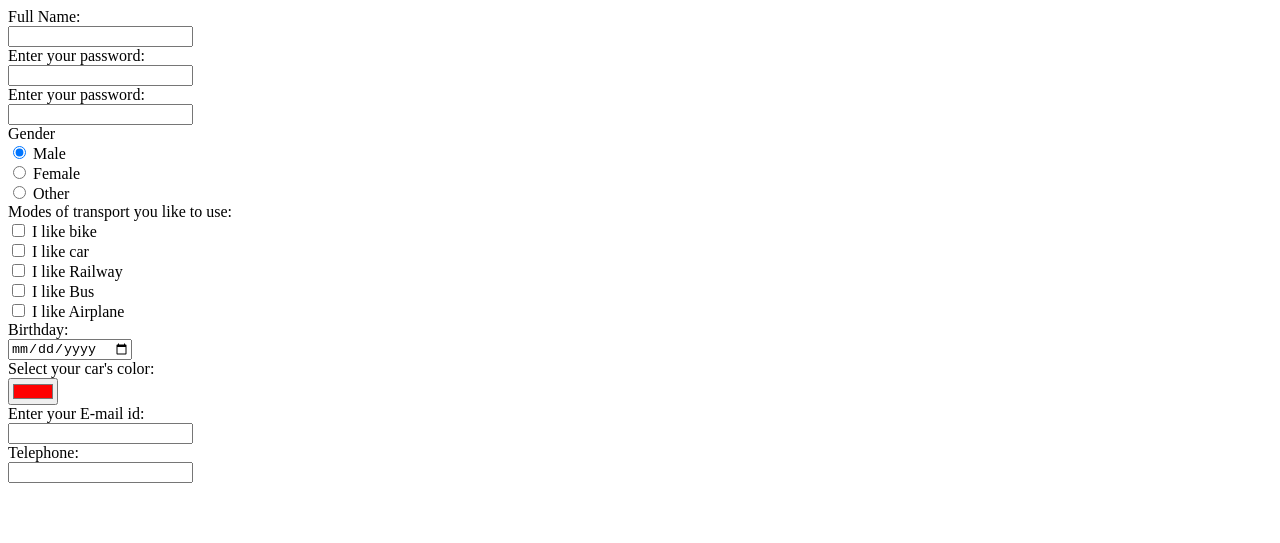
Repository: AdityaParashar93/Homework1_CMPE273
Page: CMPE273/Refresher_JS/WebContent/InputTypes.html
The author's editor kept a copy of each file at every save. The page is drawn from the files as they stood at one save, then again after the next save.
The browser window is 1280 px wide. The pictures show the whole page.

Above is the page before, as saved 2016-09-16 05:48:20.

### CMPE273/Refresher_JS/WebContent/InputTypes.html
<!DOCTYPE html>
<html>
<head>
<meta charset="ISO-8859-1">
<title>InputTypes</title>
</head>
<body>
<form>
Full Name:<br>
<input type="text" name="fullname"><br>
Enter your password:<br>
<input type="password" name="password"><br>
Enter your password:<br>
<input type="password" name="password"><br>
Gender<br>
<input type="radio" name="gender" value="male" checked> Male<br>
<input type="radio" name="gender" value="female"> Female<br>
<input type="radio" name="gender" value="other"> Other<br>
Modes of transport you like to use:<br>
<input type="checkbox" name="vehicle1" value="Bike"> I like bike<br>
<input type="checkbox" name="vehicle2" value="Car"> I like car<br>
<input type="checkbox" name="vehicle3" value="Rail"> I like Railway<br>
<input type="checkbox" name="vehicle4" value="Bus"> I like Bus<br>
<input type="checkbox" name="vehicle4" value="Airplane"> I like Airplane<br>
Birthday:<br>
<input type="date" name="bday"><br>
Select your car's color:<br>
<input type="color" name="favcolor" value="#ff0000"><br>
Enter your E-mail id:<br>
<input type="email" name="email"><br>
Telephone:<br>
<input type="tel" name="usrtel"><br>
</form>
</body>
</html>

After the next save:
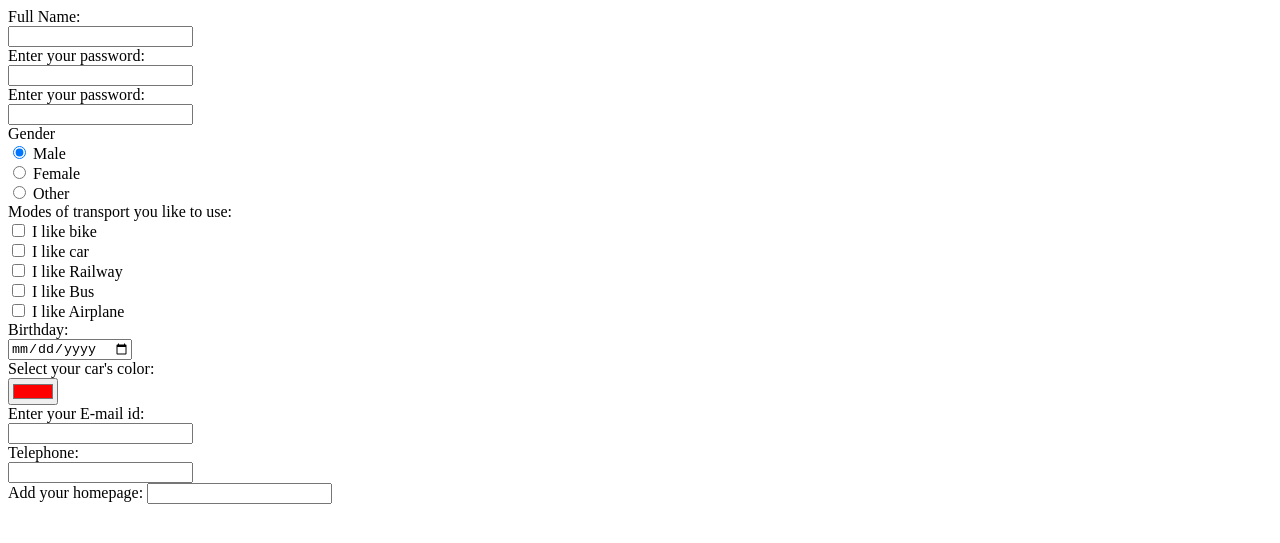
Saved 33 s later.
--- a/CMPE273/Refresher_JS/WebContent/InputTypes.html
+++ b/CMPE273/Refresher_JS/WebContent/InputTypes.html
@@ -30,6 +30,8 @@ Enter your E-mail id:<br>
 <input type="email" name="email"><br>
 Telephone:<br>
 <input type="tel" name="usrtel"><br>
+Add your homepage:
+<input type="url" name="homepage">
 </form>
 </body>
 </html>
